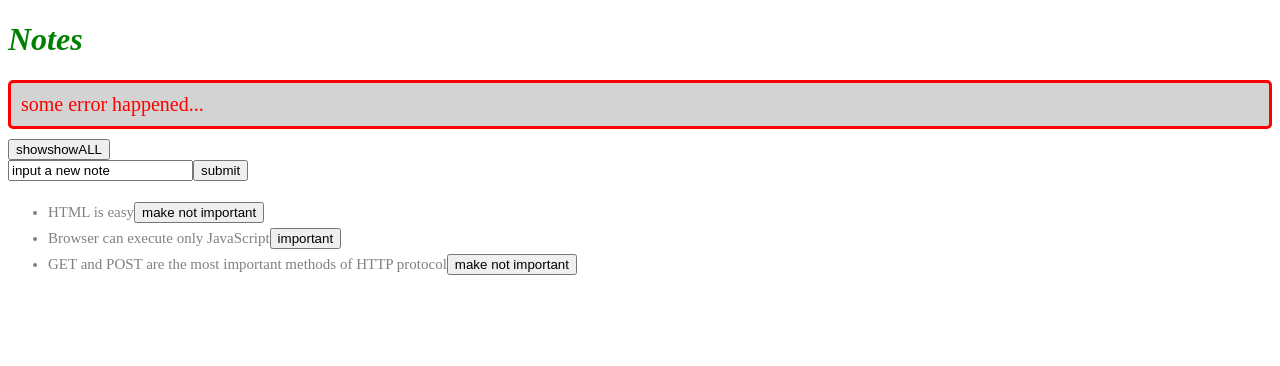
Repository: 2Lavine/fullstack
Page: / (app in part2/)
The author's editor kept a copy of each file at every save. The page is drawn from the files as they stood at one save, then again after a run of saves.
The browser window is 1280 px wide. The pictures show the whole page.
The project was rebuilt for these pictures with package versions that can differ from the ones it lists, and the page was loaded fresh each time. Requests to the local data server were answered from the project's data file.

Above is the page before, as saved 2020-09-06 17:12:09.

### part2/src/index.js
import React from "react";
import ReactDOM from "react-dom";
import App from "./App.js";
import './index.css'
ReactDOM.render(<App></App>, document.getElementById("root"));

### part2/src/App.js
import React, { useState, useEffect } from "react";
import Note from "./components/Note";
import noteService from "./services/note";
import Notification from "./components/Notification";

const App = () => {
  const [notes, setNotes] = useState([]);
  const [newNote, setNewNote] = useState("input a new note");
  const [showAll, setShowAll] = useState(true);
  const [errorMessage, setErrorMessage] = useState("some error happened...");

  const hook = () => {
    noteService.getAll().then((notes) => {
      setNotes(notes);
    });
  };
  useEffect(hook, []);
  const addNote = (e) => {
    e.preventDefault();
    const newNoteObject = {
      content: newNote,
      date: new Date().toISOString(),
      important: Math.random() < 0.5,
    };
    noteService.create(newNoteObject).then((res) => {
      setNotes(notes.concat(res.data));
      setNewNote("");
    });
  };
  const handleNoteChange = (e) => {
    console.log(e.target.value);
    setNewNote(e.target.value);
  };
  const handleNoteShow = (e) => {
    setShowAll(!showAll);
    console.log(notesToShow);
  };
  const toggleImportanceOf = (id) => {
    console.log("importance of " + id + " needs to be toggled");
    const note = notes.find((item) => item.id === id);
    const changedNote = { ...note, important: !note.important };
    noteService
      .update(id, changedNote)
      .then((res) => {
        setNotes(notes.map((note) => (note.id !== id ? note : res.data)));
      })
      .catch((err) => {
        setErrorMessage(
          `Note '${note.content}' was already removed from server`
        );
        setTimeout(() => {
          setErrorMessage(null);
        }, 5000);
      });
  };
  const notesToShow = showAll
    ? notes
    : notes.filter((item) => item.important === true);

  return (
    <div>
      <h1>Notes</h1>
      <Notification message={errorMessage} />
      <div>
        <button onClick={handleNoteShow}>
          show{showAll ? "showALL" : "important"}
        </button>
      </div>
      <form onSubmit={addNote}>
        <input value={newNote} onChange={handleNoteChange}></input>
        <button type="submit">submit</button>
      </form>
      <ul>
        {notesToShow.map((note) => (
          <Note
            note={note}
            key={note.id}
            toggleImportance={() => toggleImportanceOf(note.id)}
          ></Note>
        ))}
      </ul>
    </div>
  );
};

export default App;

### part2/src/index.css
h1 {
  color: green;
  font-style: italic;
}
li {
  color: grey;
  padding-top: 3px;
  font-size: 15px;
}
.note {
  color: grey;
  padding-top: 5px;
  font-size: 15px;
}
.error {
  color: red;
  background: lightgrey;
  font-size: 20px;
  border-style: solid;
  border-radius: 5px;
  padding: 10px;
  margin-bottom: 10px;
}

### part2/src/components/Note.js
import React from "react";

const Note = ({ note, toggleImportance }) => {
  const label = note.important ? "make not important" : "important";
  return (
    <li className="note">
      {note.content}
      <button onClick={toggleImportance}>{label}</button>
    </li>
  );
};

export default Note;

### part2/src/services/note.js
import axios from "axios";
const baseUrl = "http://localhost:3001/notes";

const getAll = () => {
  return axios.get(baseUrl).then((res) => res.data);
};
const create = (newObj) => {
  return axios.post(baseUrl, newObj);
};
const update = (id, newObj) => {
  return axios.put(`${baseUrl}/${id}`, newObj);
};

export default {
  getAll,
  create,
  update,
};

### part2/src/components/Notification.js
import React from "react";

const Notification = (props) => {
  const { message } = props;
  if (message === null) return null;
  return <div className="error">{message}</div>;
};
export default Notification;

### part2/src/components/Footer.js
import React from "react";

const footer = (props) => {
  const footStyle = {
    color: "green",
    fontStyle: "italic",
    fontSize: 16,
  };
  return (
    <div style={footStyle}>
      <br />
      <em>
        Note app, Department of Computer Science, University of Helsinki 2020
      </em>
    </div>
  );
};

Loaded but not shown: part2/public/index.html (common file); part2/db.json (common file)

After the next 2 saves:
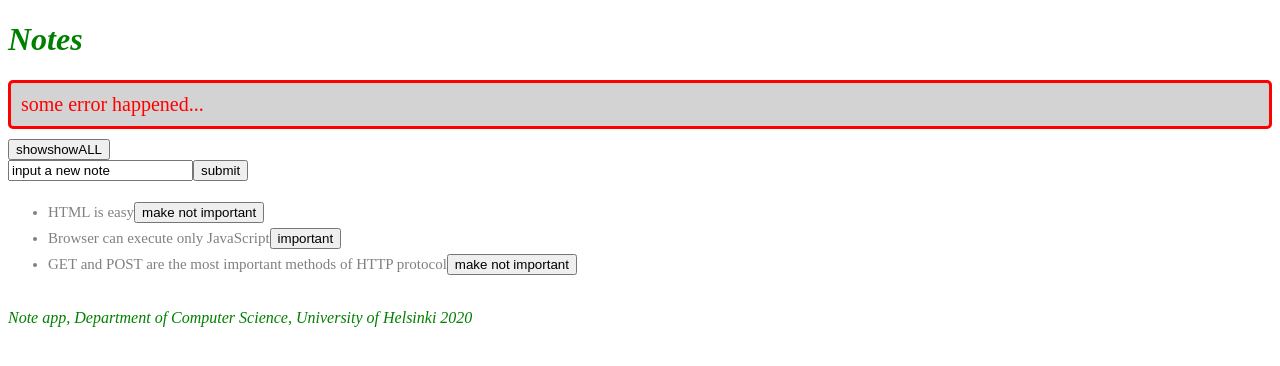
The 2 saves are shown as one change because 1 did not build or start.
The last was saved 69 s later.
--- a/part2/src/App.js
+++ b/part2/src/App.js
@@ -2,7 +2,7 @@ import React, { useState, useEffect } from "react";
 import Note from "./components/Note";
 import noteService from "./services/note";
 import Notification from "./components/Notification";
-
+import Footer from "./components/Footer";
 const App = () => {
   const [notes, setNotes] = useState([]);
   const [newNote, setNewNote] = useState("input a new note");
@@ -79,6 +79,7 @@ const App = () => {
           ></Note>
         ))}
       </ul>
+      <Footer></Footer>
     </div>
   );
 };
--- a/part2/src/components/Footer.js
+++ b/part2/src/components/Footer.js
@@ -15,3 +15,4 @@ const footer = (props) => {
     </div>
   );
 };
+export default footer;
